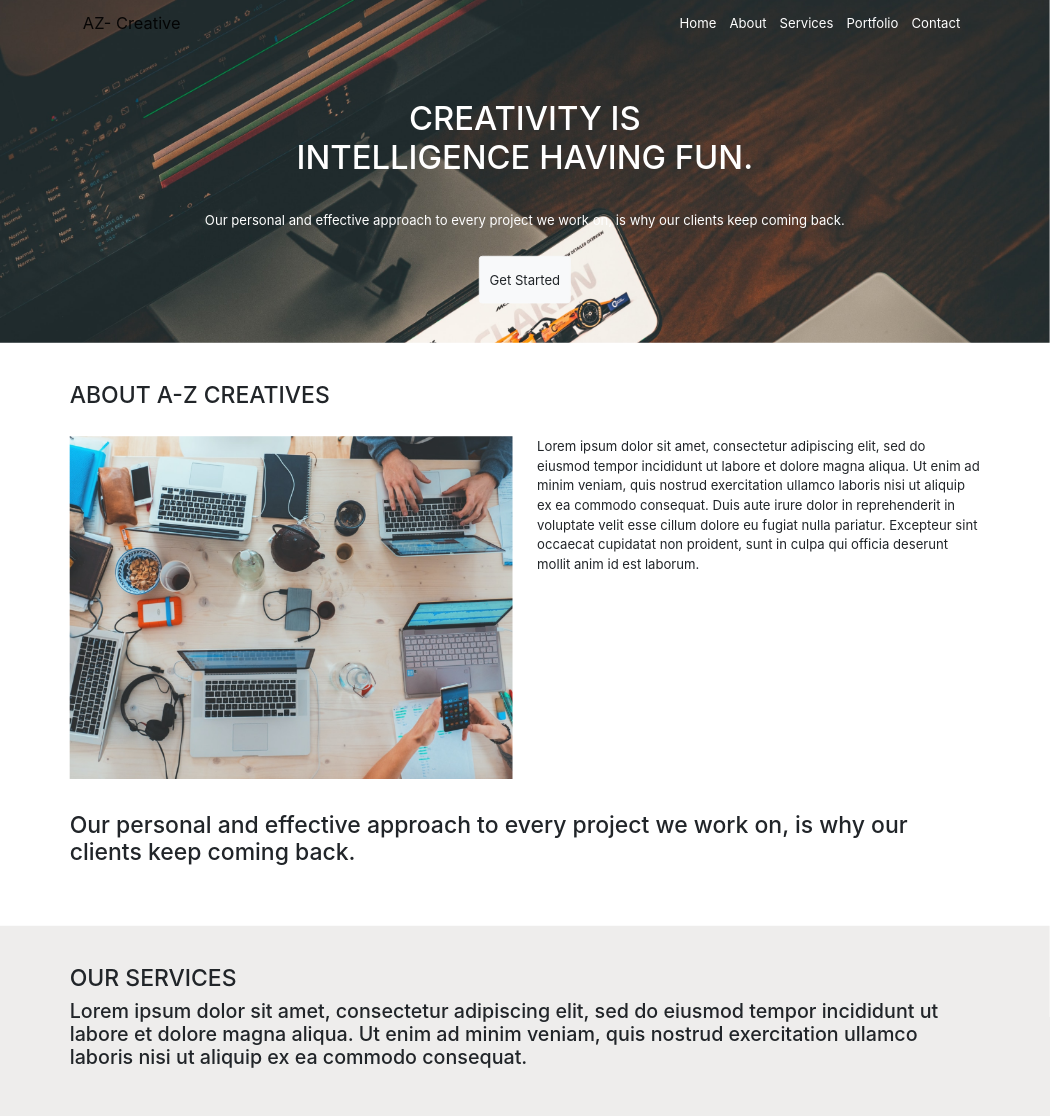
Repository: Syfon01/hng-port
Page: index.html
The author's editor kept a copy of each file at every save. The page is drawn from the files as they stood at one save, then again after a run of saves.
The browser window is 1280 px wide. The pictures show the whole page, at 82% of full size.

Above is the page before, as saved 2020-06-27 20:46:47.

### index.html
<!doctype html>
<html lang="en">
  <head>
    <title>Title</title>
    <!-- Required meta tags -->
    <meta charset="utf-8">
    <meta name="viewport" content="width=device-width, initial-scale=1, shrink-to-fit=no">

    <!-- Bootstrap CSS -->
    <link rel="stylesheet" href="https://stackpath.bootstrapcdn.com/bootstrap/4.5.0/css/bootstrap.min.css"
      integrity="sha384-9aIt2nRpC12Uk9gS9baDl411NQApFmC26EwAOH8WgZl5MYYxFfc+NcPb1dKGj7Sk" crossorigin="anonymous">
  <link rel="stylesheet" href="style.css">
  </head>
  <body>
    <section id="home">
      <div class="container">
        <nav class="navbar navbar-expand-lg navbar-light text-white">
          <a class="navbar-brand" href="#">AZ- Creative</a>
          <button class="navbar-toggler" type="button" data-toggle="collapse" data-target="#navbarNav" aria-controls="navbarNav"
            aria-expanded="false" aria-label="Toggle navigation">
            <span class="navbar-toggler-icon"></span>
          </button>
          <div class="collapse navbar-collapse" id="navbarNav">
            <ul class="navbar-nav ml-auto">
              <li class="nav-item active">
                <a class="nav-link" href="#">Home <span class="sr-only">(current)</span></a>
              </li>
              <li class="nav-item">
                <a class="nav-link" href="#">About</a>
              </li>
              <li class="nav-item">
                <a class="nav-link" href="#">Services</a>
              </li>

              <li class="nav-item">
                <a class="nav-link" href="#">Portfolio</a>
              </li>
              <li class="nav-item">
                <a class="nav-link " href="#">Contact</a>
              </li>
            </ul>
          </div>
        </nav>

        <div class="home-content text-white text-center py-5">
          <h1 class="py-3">CREATIVITY IS
            <br>
            INTELLIGENCE HAVING FUN.</h1>
          <p class="py-3">Our personal and effective approach to every
            project we work on, is why our clients
            keep coming back.</p>

        <button type="submit" class="btn btn-light py-3">Get Started</button>

        </div>
      </div>

    </section>
    <section id="about">
      <div class="container py-5">
        <h3>ABOUT A-Z CREATIVES</h3>
        <div class="row py-4">
          <div class="col-lg-6 col-md-6 col-sm-12 col-12">
              <img src="./img/about.png" alt="" srcset="" class="img-fluid">
          </div>
          <div class="col-lg-6 col-md-6 col-sm-12 col-12">
          <p>
            Lorem ipsum dolor sit amet, consectetur adipiscing elit, sed do eiusmod tempor incididunt ut labore et dolore magna
            aliqua. Ut enim ad minim veniam, quis nostrud exercitation ullamco laboris nisi ut aliquip ex ea commodo consequat. Duis
            aute irure dolor in reprehenderit in voluptate velit esse cillum dolore eu fugiat nulla pariatur. Excepteur sint
            occaecat cupidatat non proident, sunt in culpa qui officia deserunt mollit anim id est laborum.

          </p>
          </div>
        </div>
        <h3 class="py-3">
          Our personal and effective approach to every project we work on, is why our clients keep coming back.
        </h3>
      </div>
    </section>
    <section id="services">
      <div class="container py-5">
        <h3>
          OUR SERVICES
        </h3>
        <h4>
          Lorem ipsum dolor sit amet, consectetur adipiscing elit, sed do eiusmod tempor incididunt ut labore et dolore magna
          aliqua. Ut enim ad minim veniam, quis nostrud exercitation ullamco laboris nisi ut aliquip ex ea commodo consequat.
        </h4>
      </div>

    </section>
    <section id="portfolio">

    </section>

    <!-- Optional JavaScript -->
    <!-- jQuery first, then Popper.js, then Bootstrap JS -->
    <script src="https://code.jquery.com/jquery-3.5.1.slim.min.js"
      integrity="sha384-DfXdz2htPH0lsSSs5nCTpuj/zy4C+OGpamoFVy38MVBnE+IbbVYUew+OrCXaRkfj" crossorigin="anonymous"></script>
    <script src="https://cdn.jsdelivr.net/npm/popper.js@1.16.0/dist/umd/popper.min.js"
      integrity="sha384-Q6E9RHvbIyZFJoft+2mJbHaEWldlvI9IOYy5n3zV9zzTtmI3UksdQRVvoxMfooAo" crossorigin="anonymous"></script>
    <script src="https://stackpath.bootstrapcdn.com/bootstrap/4.5.0/js/bootstrap.min.js"
      integrity="sha384-OgVRvuATP1z7JjHLkuOU7Xw704+h835Lr+6QL9UvYjZE3Ipu6Tp75j7Bh/kR0JKI" crossorigin="anonymous"></script>

  </body>
</html>

### style.css
#home{
  background-image: url('/img/home.png'),
  linear-gradient(to bottom, rgba(0, 0, 0, 0.52), rgba(0, 0, 0, 0.73));
  background-size: cover;
}
.nav-link {
  color: #fff!important;
}

#services{
  background-color: #EEEDEC;
}

After the next 2 saves:
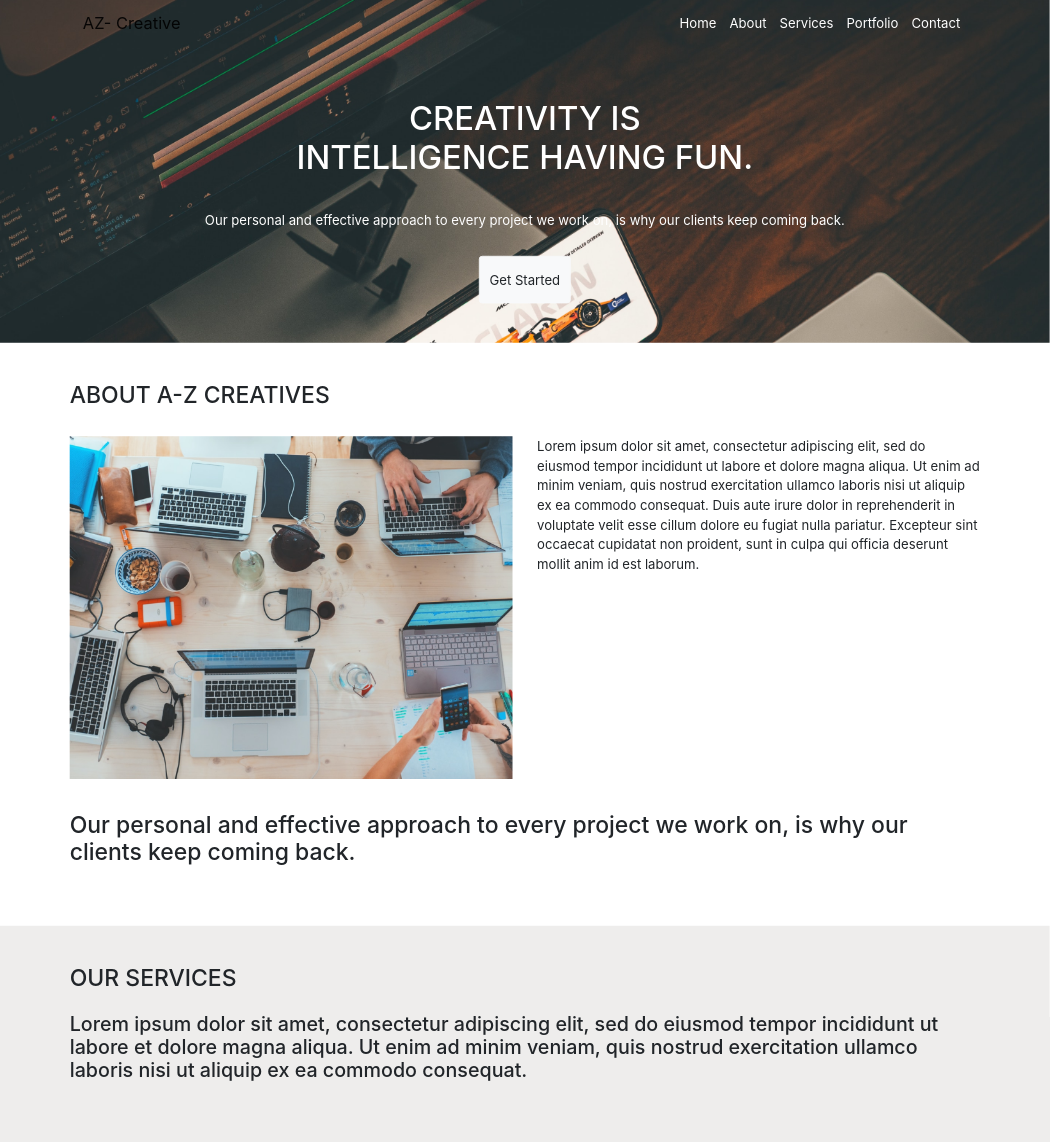
The 2 saves are shown as one change because they came seconds apart.
The last was saved 16 s later.
--- a/index.html
+++ b/index.html
@@ -83,7 +83,7 @@
         <h3>
           OUR SERVICES
         </h3>
-        <h4>
+        <h4 class="py-3">
           Lorem ipsum dolor sit amet, consectetur adipiscing elit, sed do eiusmod tempor incididunt ut labore et dolore magna
           aliqua. Ut enim ad minim veniam, quis nostrud exercitation ullamco laboris nisi ut aliquip ex ea commodo consequat.
         </h4>
